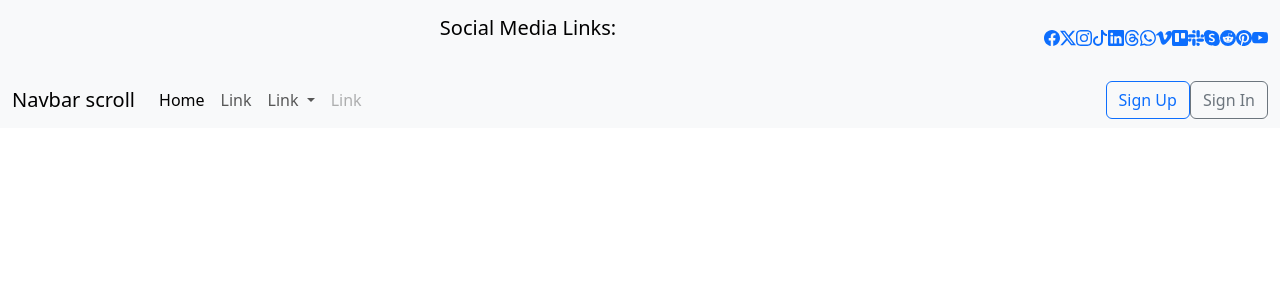
Repository: HaziimYassien/The-Discount-Empire
Page: index.html
These files come from the project's save history. The page is drawn as it stood at one moment and after a run of saves; the edit follows.
The browser window is 1280 px wide. The pictures show the whole page.

Above is the page before, as saved 2024-01-24 17:40:54.

### index.html
<!DOCTYPE html>
<html lang="en">
  <head>
    <meta charset="UTF-8" />
    <meta name="viewport" content="width=device-width, initial-scale=1.0" />
    <link rel="stylesheet" href="/style.css" />
    <link rel="stylesheet" href="/css/bootstrap.css" />
    <title>Document</title>
  </head>
  <body>
    <!-- START _SocialMediaBar -->
<nav class="h-auto navbar sticky-top navbar-light bg-light">
  <div class="h-1 container-fluid">
    <p class="mx-auto navbar-brand" href="#">Social Media Links: </p>
    <a href="#">
 <svg xmlns="http://www.w3.org/2000/svg" width="16" height="16" fill="currentColor" class="bi bi-facebook" viewBox="0 0 16 16">
  <path d="M16 8.049c0-4.446-3.582-8.05-8-8.05C3.58 0-.002 3.603-.002 8.05c0 4.017 2.926 7.347 6.75 7.951v-5.625h-2.03V8.05H6.75V6.275c0-2.017 1.195-3.131 3.022-3.131.876 0 1.791.157 1.791.157v1.98h-1.009c-.993 0-1.303.621-1.303 1.258v1.51h2.218l-.354 2.326H9.25V16c3.824-.604 6.75-3.934 6.75-7.951"/>
</svg>
    </a>

    <a href="#">
<svg xmlns="http://www.w3.org/2000/svg" width="16" height="16" fill="currentColor" class="bi bi-twitter-x" viewBox="0 0 16 16">
  <path d="M12.6.75h2.454l-5.36 6.142L16 15.25h-4.937l-3.867-5.07-4.425 5.07H.316l5.733-6.57L0 .75h5.063l3.495 4.633L12.601.75Zm-.86 13.028h1.36L4.323 2.145H2.865z"/>
</svg>
</a>
<a href="#">
<svg xmlns="http://www.w3.org/2000/svg" width="16" height="16" fill="currentColor" class="bi bi-instagram" viewBox="0 0 16 16">
  <path d="M8 0C5.829 0 5.556.01 4.703.048 3.85.088 3.269.222 2.76.42a3.9 3.9 0 0 0-1.417.923A3.9 3.9 0 0 0 .42 2.76C.222 3.268.087 3.85.048 4.7.01 5.555 0 5.827 0 8.001c0 2.172.01 2.444.048 3.297.04.852.174 1.433.372 1.942.205.526.478.972.923 1.417.444.445.89.719 1.416.923.51.198 1.09.333 1.942.372C5.555 15.99 5.827 16 8 16s2.444-.01 3.298-.048c.851-.04 1.434-.174 1.943-.372a3.9 3.9 0 0 0 1.416-.923c.445-.445.718-.891.923-1.417.197-.509.332-1.09.372-1.942C15.99 10.445 16 10.173 16 8s-.01-2.445-.048-3.299c-.04-.851-.175-1.433-.372-1.941a3.9 3.9 0 0 0-.923-1.417A3.9 3.9 0 0 0 13.24.42c-.51-.198-1.092-.333-1.943-.372C10.443.01 10.172 0 7.998 0zm-.717 1.442h.718c2.136 0 2.389.007 3.232.046.78.035 1.204.166 1.486.275.373.145.64.319.92.599s.453.546.598.92c.11.281.24.705.275 1.485.039.843.047 1.096.047 3.231s-.008 2.389-.047 3.232c-.035.78-.166 1.203-.275 1.485a2.5 2.5 0 0 1-.599.919c-.28.28-.546.453-.92.598-.28.11-.704.24-1.485.276-.843.038-1.096.047-3.232.047s-2.39-.009-3.233-.047c-.78-.036-1.203-.166-1.485-.276a2.5 2.5 0 0 1-.92-.598 2.5 2.5 0 0 1-.6-.92c-.109-.281-.24-.705-.275-1.485-.038-.843-.046-1.096-.046-3.233s.008-2.388.046-3.231c.036-.78.166-1.204.276-1.486.145-.373.319-.64.599-.92s.546-.453.92-.598c.282-.11.705-.24 1.485-.276.738-.034 1.024-.044 2.515-.045zm4.988 1.328a.96.96 0 1 0 0 1.92.96.96 0 0 0 0-1.92m-4.27 1.122a4.109 4.109 0 1 0 0 8.217 4.109 4.109 0 0 0 0-8.217m0 1.441a2.667 2.667 0 1 1 0 5.334 2.667 2.667 0 0 1 0-5.334"/>
</svg>
</a>
<a href="#">
<svg xmlns="http://www.w3.org/2000/svg" width="16" height="16" fill="currentColor" class="bi bi-tiktok" viewBox="0 0 16 16">
  <path d="M9 0h1.98c.144.715.54 1.617 1.235 2.512C12.895 3.389 13.797 4 15 4v2c-1.753 0-3.07-.814-4-1.829V11a5 5 0 1 1-5-5v2a3 3 0 1 0 3 3z"/>
</svg>
</a>
<a href="#">
<svg xmlns="http://www.w3.org/2000/svg" width="16" height="16" fill="currentColor" class="bi bi-linkedin" viewBox="0 0 16 16">
  <path d="M0 1.146C0 .513.526 0 1.175 0h13.65C15.474 0 16 .513 16 1.146v13.708c0 .633-.526 1.146-1.175 1.146H1.175C.526 16 0 15.487 0 14.854zm4.943 12.248V6.169H2.542v7.225zm-1.2-8.212c.837 0 1.358-.554 1.358-1.248-.015-.709-.52-1.248-1.342-1.248S2.4 3.226 2.4 3.934c0 .694.521 1.248 1.327 1.248zm4.908 8.212V9.359c0-.216.016-.432.08-.586.173-.431.568-.878 1.232-.878.869 0 1.216.662 1.216 1.634v3.865h2.401V9.25c0-2.22-1.184-3.252-2.764-3.252-1.274 0-1.845.7-2.165 1.193v.025h-.016l.016-.025V6.169h-2.4c.03.678 0 7.225 0 7.225z"/>
</svg>
</a>
<a href="#">
<svg xmlns="http://www.w3.org/2000/svg" width="16" height="16" fill="currentColor" class="bi bi-threads" viewBox="0 0 16 16">
  <path d="M6.321 6.016c-.27-.18-1.166-.802-1.166-.802.756-1.081 1.753-1.502 3.132-1.502.975 0 1.803.327 2.394.948s.928 1.509 1.005 2.644q.492.207.905.484c1.109.745 1.719 1.86 1.719 3.137 0 2.716-2.226 5.075-6.256 5.075C4.594 16 1 13.987 1 7.994 1 2.034 4.482 0 8.044 0 9.69 0 13.55.243 15 5.036l-1.36.353C12.516 1.974 10.163 1.43 8.006 1.43c-3.565 0-5.582 2.171-5.582 6.79 0 4.143 2.254 6.343 5.63 6.343 2.777 0 4.847-1.443 4.847-3.556 0-1.438-1.208-2.127-1.27-2.127-.236 1.234-.868 3.31-3.644 3.31-1.618 0-3.013-1.118-3.013-2.582 0-2.09 1.984-2.847 3.55-2.847.586 0 1.294.04 1.663.114 0-.637-.54-1.728-1.9-1.728-1.25 0-1.566.405-1.967.868ZM8.716 8.19c-2.04 0-2.304.87-2.304 1.416 0 .878 1.043 1.168 1.6 1.168 1.02 0 2.067-.282 2.232-2.423a6.2 6.2 0 0 0-1.528-.161"/>
</svg>
</a>
<a href="#">
<svg xmlns="http://www.w3.org/2000/svg" width="16" height="16" fill="currentColor" class="bi bi-whatsapp" viewBox="0 0 16 16">
  <path d="M13.601 2.326A7.85 7.85 0 0 0 7.994 0C3.627 0 .068 3.558.064 7.926c0 1.399.366 2.76 1.057 3.965L0 16l4.204-1.102a7.9 7.9 0 0 0 3.79.965h.004c4.368 0 7.926-3.558 7.93-7.93A7.9 7.9 0 0 0 13.6 2.326zM7.994 14.521a6.6 6.6 0 0 1-3.356-.92l-.24-.144-2.494.654.666-2.433-.156-.251a6.56 6.56 0 0 1-1.007-3.505c0-3.626 2.957-6.584 6.591-6.584a6.56 6.56 0 0 1 4.66 1.931 6.56 6.56 0 0 1 1.928 4.66c-.004 3.639-2.961 6.592-6.592 6.592m3.615-4.934c-.197-.099-1.17-.578-1.353-.646-.182-.065-.315-.099-.445.099-.133.197-.513.646-.627.775-.114.133-.232.148-.43.05-.197-.1-.836-.308-1.592-.985-.59-.525-.985-1.175-1.103-1.372-.114-.198-.011-.304.088-.403.087-.088.197-.232.296-.346.1-.114.133-.198.198-.33.065-.134.034-.248-.015-.347-.05-.099-.445-1.076-.612-1.47-.16-.389-.323-.335-.445-.34-.114-.007-.247-.007-.38-.007a.73.73 0 0 0-.529.247c-.182.198-.691.677-.691 1.654s.71 1.916.81 2.049c.098.133 1.394 2.132 3.383 2.992.47.205.84.326 1.129.418.475.152.904.129 1.246.08.38-.058 1.171-.48 1.338-.943.164-.464.164-.86.114-.943-.049-.084-.182-.133-.38-.232"/>
</svg>
</a>
<a href="#">
<svg xmlns="http://www.w3.org/2000/svg" width="16" height="16" fill="currentColor" class="bi bi-vimeo" viewBox="0 0 16 16">
  <path d="M15.992 4.204q-.106 2.334-3.262 6.393-3.263 4.243-5.522 4.243-1.4 0-2.367-2.583L3.55 7.523Q2.83 4.939 2.007 4.94q-.178.001-1.254.754L0 4.724a210 210 0 0 0 2.334-2.081q1.581-1.364 2.373-1.437 1.865-.185 2.298 2.553.466 2.952.646 3.666.54 2.447 1.186 2.445.5 0 1.508-1.587 1.006-1.587 1.077-2.415.144-1.37-1.077-1.37a3 3 0 0 0-1.185.261q1.183-3.86 4.508-3.756 2.466.075 2.324 3.2z"/>
</svg>
</a>
<a href="#">
<svg xmlns="http://www.w3.org/2000/svg" width="16" height="16" fill="currentColor" class="bi bi-trello" viewBox="0 0 16 16">
  <path d="M14.1 0H1.903C.852 0 .002.85 0 1.9v12.19A1.9 1.9 0 0 0 1.902 16h12.199A1.9 1.9 0 0 0 16 14.09V1.9A1.9 1.9 0 0 0 14.1 0M7 11.367a.636.636 0 0 1-.64.633H3.593a.633.633 0 0 1-.63-.633V3.583c0-.348.281-.631.63-.633h2.765c.35.002.632.284.633.633zm6.052-3.5a.633.633 0 0 1-.64.633h-2.78A.636.636 0 0 1 9 7.867V3.583a.636.636 0 0 1 .633-.633h2.778c.35.002.631.285.631.633z"/>
</svg>
</a>
<a href="#">
<svg xmlns="http://www.w3.org/2000/svg" width="16" height="16" fill="currentColor" class="bi bi-slack" viewBox="0 0 16 16">
  <path d="M3.362 10.11c0 .926-.756 1.681-1.681 1.681S0 11.036 0 10.111.756 8.43 1.68 8.43h1.682zm.846 0c0-.924.756-1.68 1.681-1.68s1.681.756 1.681 1.68v4.21c0 .924-.756 1.68-1.68 1.68a1.685 1.685 0 0 1-1.682-1.68zM5.89 3.362c-.926 0-1.682-.756-1.682-1.681S4.964 0 5.89 0s1.68.756 1.68 1.68v1.682zm0 .846c.924 0 1.68.756 1.68 1.681S6.814 7.57 5.89 7.57H1.68C.757 7.57 0 6.814 0 5.89c0-.926.756-1.682 1.68-1.682zm6.749 1.682c0-.926.755-1.682 1.68-1.682S16 4.964 16 5.889s-.756 1.681-1.68 1.681h-1.681zm-.848 0c0 .924-.755 1.68-1.68 1.68A1.685 1.685 0 0 1 8.43 5.89V1.68C8.43.757 9.186 0 10.11 0c.926 0 1.681.756 1.681 1.68zm-1.681 6.748c.926 0 1.682.756 1.682 1.681S11.036 16 10.11 16s-1.681-.756-1.681-1.68v-1.682h1.68zm0-.847c-.924 0-1.68-.755-1.68-1.68s.756-1.681 1.68-1.681h4.21c.924 0 1.68.756 1.68 1.68 0 .926-.756 1.681-1.68 1.681z"/>
</svg>
</a>
<a href="#">
<svg xmlns="http://www.w3.org/2000/svg" width="16" height="16" fill="currentColor" class="bi bi-skype" viewBox="0 0 16 16">
  <path d="M4.671 0c.88 0 1.733.247 2.468.702a7.42 7.42 0 0 1 6.02 2.118 7.37 7.37 0 0 1 2.167 5.215q0 .517-.072 1.026a4.66 4.66 0 0 1 .6 2.281 4.64 4.64 0 0 1-1.37 3.294A4.67 4.67 0 0 1 11.18 16c-.84 0-1.658-.226-2.37-.644a7.42 7.42 0 0 1-6.114-2.107A7.37 7.37 0 0 1 .529 8.035q0-.545.08-1.081a4.644 4.644 0 0 1 .76-5.59A4.68 4.68 0 0 1 4.67 0zm.447 7.01c.18.309.43.572.729.769a7 7 0 0 0 1.257.653q.737.308 1.145.523c.229.112.437.264.615.448.135.142.21.331.21.528a.87.87 0 0 1-.335.723c-.291.196-.64.289-.99.264a2.6 2.6 0 0 1-1.048-.206 11 11 0 0 1-.532-.253 1.3 1.3 0 0 0-.587-.15.72.72 0 0 0-.501.176.63.63 0 0 0-.195.491.8.8 0 0 0 .148.482 1.2 1.2 0 0 0 .456.354 5.1 5.1 0 0 0 2.212.419 4.6 4.6 0 0 0 1.624-.265 2.3 2.3 0 0 0 1.08-.801c.267-.39.402-.855.386-1.327a2.1 2.1 0 0 0-.279-1.101 2.5 2.5 0 0 0-.772-.792A7 7 0 0 0 8.486 7.3a1 1 0 0 0-.145-.058 18 18 0 0 1-1.013-.447 1.8 1.8 0 0 1-.54-.387.73.73 0 0 1-.2-.508.8.8 0 0 1 .385-.723 1.76 1.76 0 0 1 .968-.247c.26-.003.52.03.772.096q.412.119.802.293c.105.049.22.075.336.076a.6.6 0 0 0 .453-.19.7.7 0 0 0 .18-.496.72.72 0 0 0-.17-.476 1.4 1.4 0 0 0-.556-.354 3.7 3.7 0 0 0-.708-.183 6 6 0 0 0-1.022-.078 4.5 4.5 0 0 0-1.536.258 2.7 2.7 0 0 0-1.174.784 1.9 1.9 0 0 0-.45 1.287c-.01.37.076.736.25 1.063"/>
</svg>
</a>
<a href="#">
<svg xmlns="http://www.w3.org/2000/svg" width="16" height="16" fill="currentColor" class="bi bi-reddit" viewBox="0 0 16 16">
  <path d="M6.167 8a.83.83 0 0 0-.83.83c0 .459.372.84.83.831a.831.831 0 0 0 0-1.661m1.843 3.647c.315 0 1.403-.038 1.976-.611a.23.23 0 0 0 0-.306.213.213 0 0 0-.306 0c-.353.363-1.126.487-1.67.487-.545 0-1.308-.124-1.671-.487a.213.213 0 0 0-.306 0 .213.213 0 0 0 0 .306c.564.563 1.652.61 1.977.61zm.992-2.807c0 .458.373.83.831.83s.83-.381.83-.83a.831.831 0 0 0-1.66 0z"/>
  <path d="M16 8A8 8 0 1 1 0 8a8 8 0 0 1 16 0m-3.828-1.165c-.315 0-.602.124-.812.325-.801-.573-1.9-.945-3.121-.993l.534-2.501 1.738.372a.83.83 0 1 0 .83-.869.83.83 0 0 0-.744.468l-1.938-.41a.2.2 0 0 0-.153.028.2.2 0 0 0-.086.134l-.592 2.788c-1.24.038-2.358.41-3.17.992-.21-.2-.496-.324-.81-.324a1.163 1.163 0 0 0-.478 2.224q-.03.17-.029.353c0 1.795 2.091 3.256 4.669 3.256s4.668-1.451 4.668-3.256c0-.114-.01-.238-.029-.353.401-.181.688-.592.688-1.069 0-.65-.525-1.165-1.165-1.165"/>
</svg>
</a>
<a href="#">
<svg xmlns="http://www.w3.org/2000/svg" width="16" height="16" fill="currentColor" class="bi bi-pinterest" viewBox="0 0 16 16">
  <path d="M8 0a8 8 0 0 0-2.915 15.452c-.07-.633-.134-1.606.027-2.297.146-.625.938-3.977.938-3.977s-.239-.479-.239-1.187c0-1.113.645-1.943 1.448-1.943.682 0 1.012.512 1.012 1.127 0 .686-.437 1.712-.663 2.663-.188.796.4 1.446 1.185 1.446 1.422 0 2.515-1.5 2.515-3.664 0-1.915-1.377-3.254-3.342-3.254-2.276 0-3.612 1.707-3.612 3.471 0 .688.265 1.425.595 1.826a.24.24 0 0 1 .056.23c-.061.252-.196.796-.222.907-.035.146-.116.177-.268.107-1-.465-1.624-1.926-1.624-3.1 0-2.523 1.834-4.84 5.286-4.84 2.775 0 4.932 1.977 4.932 4.62 0 2.757-1.739 4.976-4.151 4.976-.811 0-1.573-.421-1.834-.919l-.498 1.902c-.181.695-.669 1.566-.995 2.097A8 8 0 1 0 8 0"/>
</svg>
</a>
<a href="#">
<svg xmlns="http://www.w3.org/2000/svg" width="16" height="16" fill="currentColor" class="bi bi-youtube" viewBox="0 0 16 16">
  <path d="M8.051 1.999h.089c.822.003 4.987.033 6.11.335a2.01 2.01 0 0 1 1.415 1.42c.101.38.172.883.22 1.402l.01.104.022.26.008.104c.065.914.073 1.77.074 1.957v.075c-.001.194-.01 1.108-.082 2.06l-.008.105-.009.104c-.05.572-.124 1.14-.235 1.558a2.01 2.01 0 0 1-1.415 1.42c-1.16.312-5.569.334-6.18.335h-.142c-.309 0-1.587-.006-2.927-.052l-.17-.006-.087-.004-.171-.007-.171-.007c-1.11-.049-2.167-.128-2.654-.26a2.01 2.01 0 0 1-1.415-1.419c-.111-.417-.185-.986-.235-1.558L.09 9.82l-.008-.104A31 31 0 0 1 0 7.68v-.123c.002-.215.01-.958.064-1.778l.007-.103.003-.052.008-.104.022-.26.01-.104c.048-.519.119-1.023.22-1.402a2.01 2.01 0 0 1 1.415-1.42c.487-.13 1.544-.21 2.654-.26l.17-.007.172-.006.086-.003.171-.007A100 100 0 0 1 7.858 2zM6.4 5.209v4.818l4.157-2.408z"/>
</svg>
</a>
  </div>
</nav>
    <!-- END _SocialMediaBar -->
    <!-- START _NavBar -->
    <nav class="navbar navbar-expand-lg navbar-light bg-light">
      <div class="container-fluid">
        <a class="navbar-brand" href="#">Navbar scroll</a>
        <button
          class="navbar-toggler"
          type="button"
          data-bs-toggle="collapse"
          data-bs-target="#navbarScroll"
          aria-controls="navbarScroll"
          aria-expanded="false"
          aria-label="Toggle navigation"
        >
          <span class="navbar-toggler-icon"></span>
        </button>
        <div class="collapse navbar-collapse" id="navbarScroll">
          <ul
            class="navbar-nav me-auto my-2 my-lg-0 navbar-nav-scroll"
            style="--bs-scroll-height: 100px"
          >
            <li class="nav-item">
              <a class="nav-link active" aria-current="page" href="#">Home</a>
            </li>
            <li class="nav-item">
              <a class="nav-link" href="#">Link</a>
            </li>
            <li class="nav-item dropdown">
              <a
                class="nav-link dropdown-toggle"
                href="#"
                id="navbarScrollingDropdown"
                role="button"
                data-bs-toggle="dropdown"
                aria-expanded="false"
              >
                Link
              </a>
              <ul
                class="dropdown-menu"
                aria-labelledby="navbarScrollingDropdown"
              >
                <li><a class="dropdown-item" href="#">Action</a></li>
                <li><a class="dropdown-item" href="#">Another action</a></li>
                <li><hr class="dropdown-divider" /></li>
                <li>
                  <a class="dropdown-item" href="#">Something else here</a>
                </li>
              </ul>
            </li>
            <li class="nav-item">
              <a
                class="nav-link disabled"
                href="#"
                tabindex="-1"
                aria-disabled="true"
                >Link</a
              >
            </li>
          </ul>

            <button class="btn btn-outline-primary" type="#">
              Sign Up
            </button>
              <button class="btn btn-outline-secondary" type="#">
              Sign In
            </button>
          </form>
        </div>
      </div>
    </nav>
    <!-- END _NavBar -->

    <script src="/js/bootstrap.js"></script>
    <script src="/script.js"></script>
  </body>
</html>

Loaded but not shown: css/bootstrap.css (library); js/bootstrap.js (library); style.css (no stored copy; drawn as an empty file); script.js (no stored copy; drawn as an empty file)

After the next 3 saves:
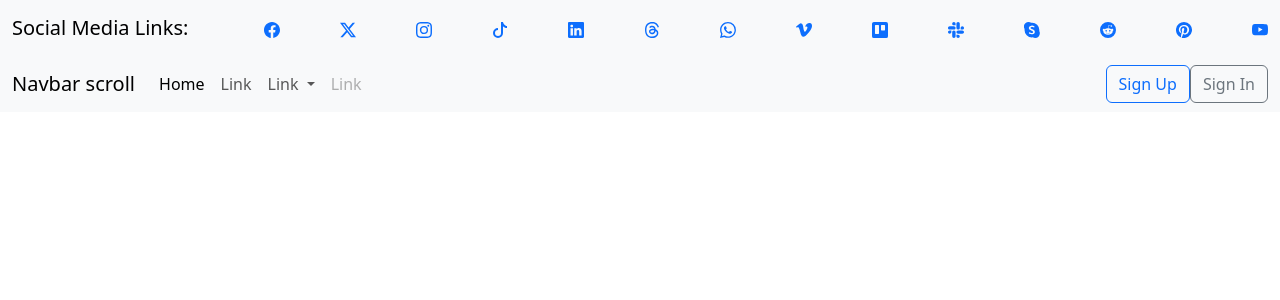
The 3 saves are shown as one change because they came seconds apart.
The last was saved 86 s later.
--- a/index.html
+++ b/index.html
@@ -11,7 +11,7 @@
     <!-- START _SocialMediaBar -->
 <nav class="h-auto navbar sticky-top navbar-light bg-light">
   <div class="h-1 container-fluid">
-    <p class="mx-auto navbar-brand" href="#">Social Media Links: </p>
+    <p class="mb-0 navbar-brand" href="#">Social Media Links: </p>
     <a href="#">
  <svg xmlns="http://www.w3.org/2000/svg" width="16" height="16" fill="currentColor" class="bi bi-facebook" viewBox="0 0 16 16">
   <path d="M16 8.049c0-4.446-3.582-8.05-8-8.05C3.58 0-.002 3.603-.002 8.05c0 4.017 2.926 7.347 6.75 7.951v-5.625h-2.03V8.05H6.75V6.275c0-2.017 1.195-3.131 3.022-3.131.876 0 1.791.157 1.791.157v1.98h-1.009c-.993 0-1.303.621-1.303 1.258v1.51h2.218l-.354 2.326H9.25V16c3.824-.604 6.75-3.934 6.75-7.951"/>
